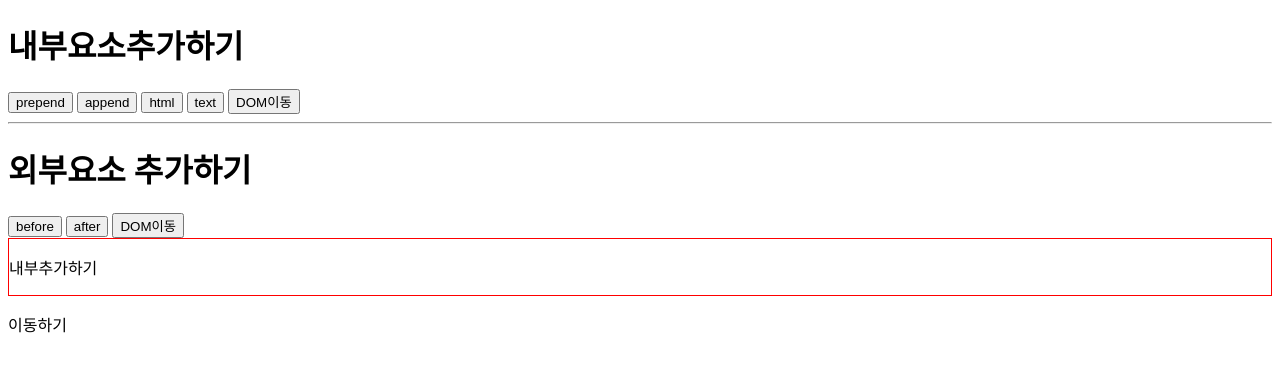
Repository: Junvelop/hkdevelope
Page: Downloads/back_end_edu20240624-master (1)/front_end_20240627/src/main/webapp/4.jq/js03_DOM처리메서드.html
An editor plug-in stored every save of this project. The page is shown before and after the next save, followed by the edit.
The browser window is 1280 px wide. The pictures show the whole page.

Above is the page before, as saved 2024-09-02 06:28:24.

After the next save:
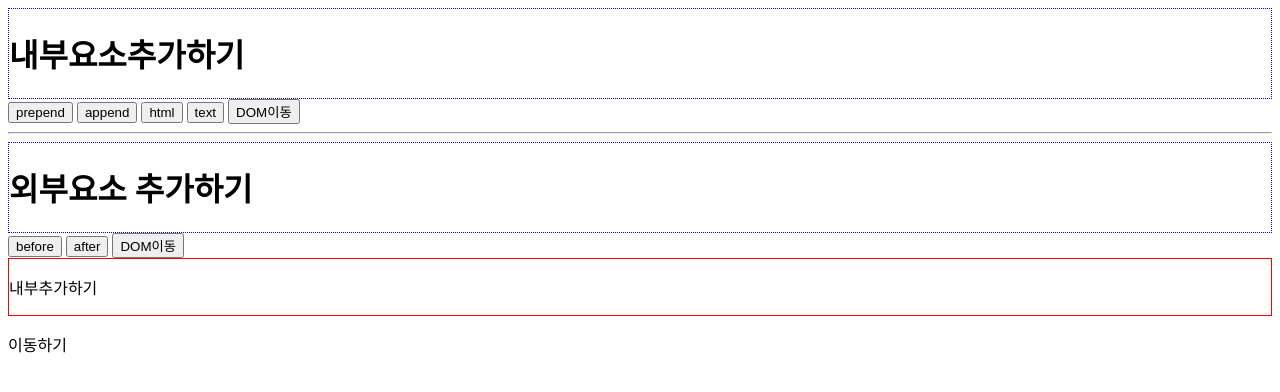
Saved 2 min 57 s later.
--- a/Downloads/back_end_edu20240624-master (1)/front_end_20240627/src/main/webapp/4.jq/js03_DOM처리메서드.html
+++ b/Downloads/back_end_edu20240624-master (1)/front_end_20240627/src/main/webapp/4.jq/js03_DOM처리메서드.html
@@ -11,7 +11,7 @@
 <script type="text/javascript"
 		src="https://code.jquery.com/jquery-latest.js"></script>
 <script type="text/javascript">
-	$(function(){
+	$(function(){ //$(function(){}) = js에서 onload랑 똑같음
 		/*
 			DOM처리메서드의 개념2가지
 			- 내부에 추가하는 기능: 자식요소개념
@@ -67,6 +67,8 @@
 			var $ele=$(".insert1").children().first();
 			$(".insert2").after($ele);
 		});
+
+		$("h1").wrap("<div style = 'border:1px dotted blue;'></div>");
 	});
 </script>
 </head>
